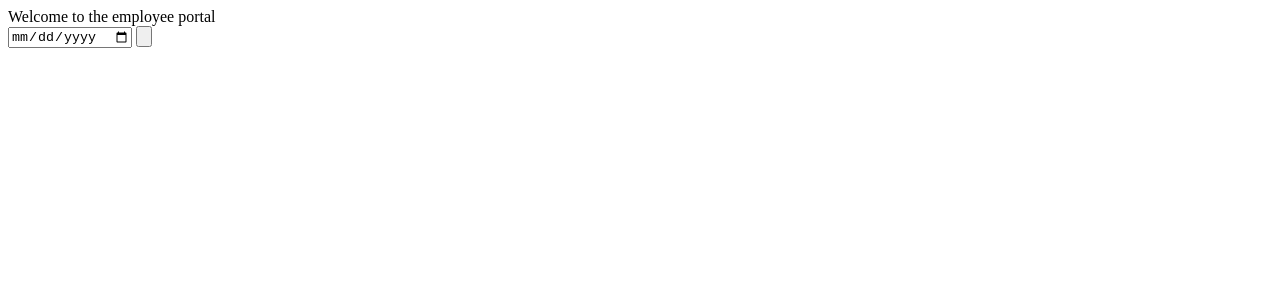
Repository: IshaMhashete/workspace2
Page: Hiber_Web/src/main/webapp/Inset_Emp.html
These files come from the project's save history. The page is drawn as it stood at one moment and after the next save; the edit follows.
The browser window is 1280 px wide. The pictures show the whole page.

Above is the page before, as saved 2019-12-09 05:40:03.

After the next save:
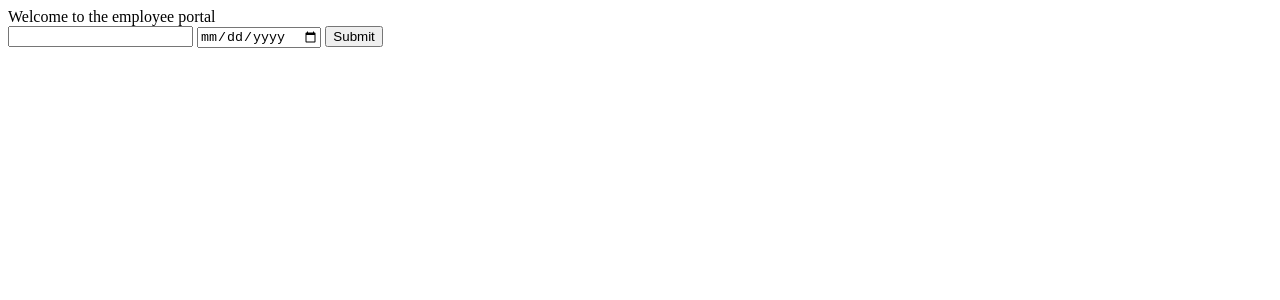
Saved 14 min 24 s later.
--- a/Hiber_Web/src/main/webapp/Inset_Emp.html
+++ b/Hiber_Web/src/main/webapp/Inset_Emp.html
@@ -7,8 +7,9 @@
 <body>
 Welcome to the employee portal
 <form action="dao">
+<input type="text" name="name_Of_Emp">
 <input type="date" name="doj"/>
-<input type="button" name="add_details">
+<input type="submit" name="submit">
 </form>
 </body>
 </html>
